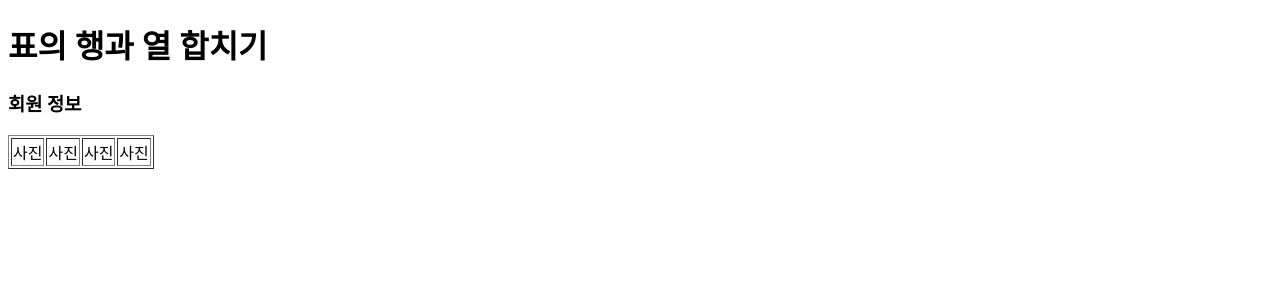
Repository: ygs3004/StudyHTML_CSS
Page: web project 01/src/main/webapp/chapter03/exam_table_prob_04.html
The author's editor kept a copy of each file at every save. The page is drawn from the files as they stood at one save, then again after the next save.
The browser window is 1280 px wide. The pictures show the whole page.

Above is the page before, as saved 2022-08-04 07:37:29.

After the next save:
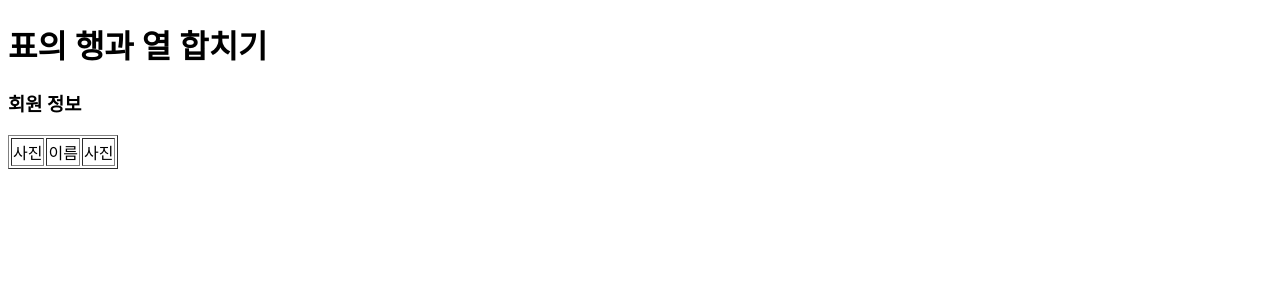
Saved 15 s later.
--- a/web project 01/src/main/webapp/chapter03/exam_table_prob_04.html
+++ b/web project 01/src/main/webapp/chapter03/exam_table_prob_04.html
@@ -10,8 +10,7 @@
 	<table border="1">
 		<tr>
 			<td>사진</td>
-			<td>사진</td>
-			<td>사진</td>
+			<td>이름</td>
 			<td>사진</td>
 		</tr>
 	</table>
